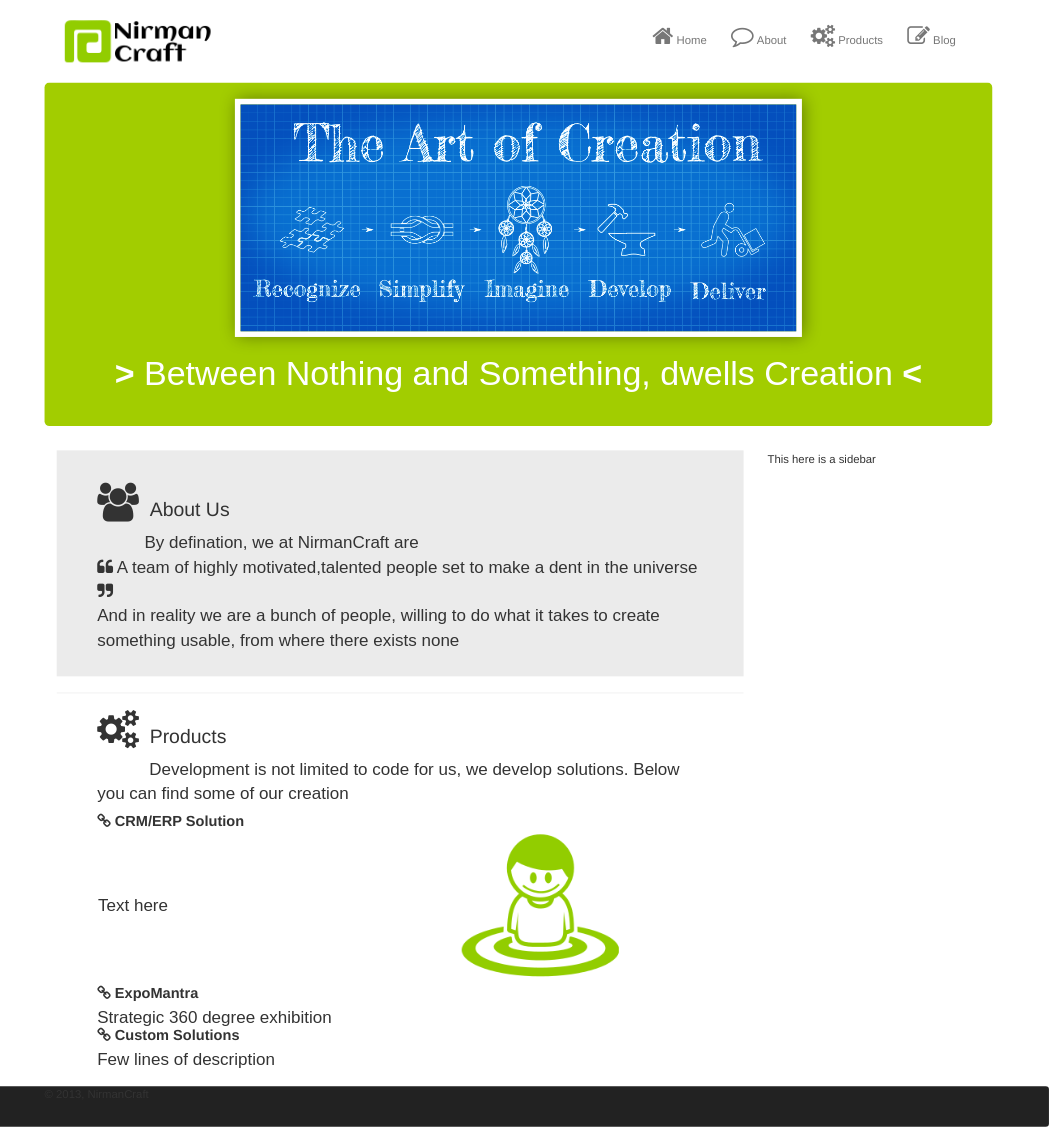
Repository: MeShreyas/NirmanCraftWebsite
Page: NirmanCraft/index.html
These files come from the project's save history. The page is drawn as it stood at one moment and after the next save; the edit follows.
The browser window is 1280 px wide. The page is 1310 px wide, so the pictures cover 1310 px, including what lies to the right of the window. The pictures show the whole page, at 81% of full size.
Some web fonts or font styles are not loaded; a fallback is used.

Above is the page before, as saved 2013-10-08 08:26:09.
Console error: ReferenceError: jQuery is not defined

### NirmanCraft/index.html
<!DOCTYPE html>
<html lang="en">
	<head>
		<meta charset="utf-8">

		<!-- Always force latest IE rendering engine (even in intranet) & Chrome Frame
		Remove this if you use the .htaccess -->
		<meta http-equiv="X-UA-Compatible" content="IE=edge,chrome=1">

		<title>Nirman Craft</title>
		<meta name="description" content="">
		<meta name="author" content="Shreyas">

		<meta name="viewport" content="width=device-width; initial-scale=1.0">

		<!-- Replace favicon.ico & apple-touch-icon.png in the root of your domain and delete these references -->
		<link rel="shortcut icon" href="/favicon.ico">
		<link rel="stylesheet" href="css/bootstrap.min.css">
		<link rel="apple-touch-icon" href="/apple-touch-icon.png">
		<link rel="stylesheet" href="font-awesome/css/font-awesome.min.css"/>
		<style type="text/css">
			.title-text {
				font-family: 'Strait', sans-serif;
				font-size: 2em;
				color: #FFFFFF;
			}

			.header-text {
				font-family: 'Strait', sans-serif;
				font-size: 1.5em;
				color: #333333;
			}
		</style>
	</head>

	<body>
		<div class="row">
			<header class="container navbar" style="background-color: #FFFFFF;margin-bottom:0px">
				<div class="container">
					<div class="navbar-header">
						<a class="navbar-brand" href="../"><img src="images/nclogo.png" width="200px" style="padding:10px"/></a>
					</div>
					<div class="navbar-text pull-right">
						<ul class="nav navbar-nav container" >
							<li>
								<a href="../getting-started"><i class="icon-home icon-2x"></i>&nbsp;Home</a>
							</li>
							<li>
								<a href="../css"><i class="icon-comment-alt icon-2x"></i>&nbsp;About</a>
							</li>
							<li>
								<a href="../components"><i class="icon-cogs icon-2x"></i>&nbsp;Products</a>
							</li>
							<li>
								<a href="../javascript"><i class="icon-edit icon-2x"></i>&nbsp;Blog</a>
							</li>

						</ul>
					</div>
				</div>
			</header>

			<div class="container jumbotron" style="padding:20px 0px;margin-top:0px;background-color: #A2CD00">
				<div class="container title-text">
					<center>
						<img src="images/finalbanner.png" width="700px" style="border:7px solid #FFFFFF;box-shadow: 3px 0px 20px rgba(0,0,0,0.4)"/>
						<br/>
						<strong>>&nbsp;</strong>Between Nothing and Something, dwells Creation<strong>&nbsp;<</strong>
					</center>
				</div>
			</div>
			<div class="row">
				<div class="container">
					<div class="content col-lg-9">
						<div class="header-text" style="padding:20px 50px;background-color: #ebebeb;">
							<h3><i class="icon-group icon-2x"></i>&nbsp;&nbsp;About Us</h3>
							<div>

								<p>
									&nbsp;&nbsp;&nbsp;&nbsp;&nbsp;&nbsp;&nbsp;&nbsp;&nbsp;&nbsp;By defination,
									we at NirmanCraft are
									 <br/><i class="icon-quote-left"></i>
									A team of highly motivated,talented people set to make a dent in the universe
									<i class="icon-quote-right"></i><br/>And in reality we are a bunch
									of people, willing to do what it takes to create something usable, from where there exists none
								</p>
							</div>
						</div>
						<hr/>
						<div class="header-text" style="padding:0 50px">
							<h3><i class="icon-cogs icon-2x"></i>&nbsp;&nbsp;Products</h3>
							<div>
								<p>
									&nbsp;&nbsp;&nbsp;&nbsp;&nbsp;&nbsp;&nbsp;&nbsp;&nbsp;&nbsp;
									Development is not limited to code for us, we develop solutions.
									Below you can find some of our creation
								</p>
								<div>
									<div class="list-group">

											<div>
												<h4 class="list-group-item-heading">
													<i class="icon-link"></i>&nbsp;<strong>CRM/ERP Solution</strong>
												</h4>
												<p class="list-group-item-text">
													<table width="100%">
														<tr>

															<td>Text here</td>
															<td width="40%"><img src="images/customer.png"></td>
														</tr>
													</table>
												</p>
											</div>

											<div>
												<h4 class="list-group-item-heading">
													<i class="icon-link"></i>&nbsp;<strong>ExpoMantra</strong>
												</h4>
												<p class="list-group-item-text">
													Strategic 360 degree exhibition
												</p>
											</div>

											<div>
												<h4 class="list-group-item-heading">
													<i class="icon-link"></i>&nbsp;<strong>Custom Solutions</strong>
												</h4>
												<p class="list-group-item-text">
													Few lines of description
												</p>
											</div>
										</div>
									</div>

							</div>
						</div>

					</div>
					<div class="sidebar col-lg-3">
						This here is a sidebar
					</div>
				</div>
			</div>

		</div>
		<div class="row">
			<div class="navbar navbar-inverse">
				<div class="container">
					<p>
						&copy; 2013, NirmanCraft
					</p>
				</div>
			</div>
		</div>
		<script src="js/bootstrap.min.js" type="text/javascript" charset="utf-8"></script>
		<link href='http://fonts.googleapis.com/css?family=Strait' rel='stylesheet' type='text/css'>
	</body>
</html>

Loaded but not shown: NirmanCraft/css/bootstrap.min.css (library); NirmanCraft/font-awesome/css/font-awesome.min.css (library); NirmanCraft/js/bootstrap.min.js (library)

After the next save:
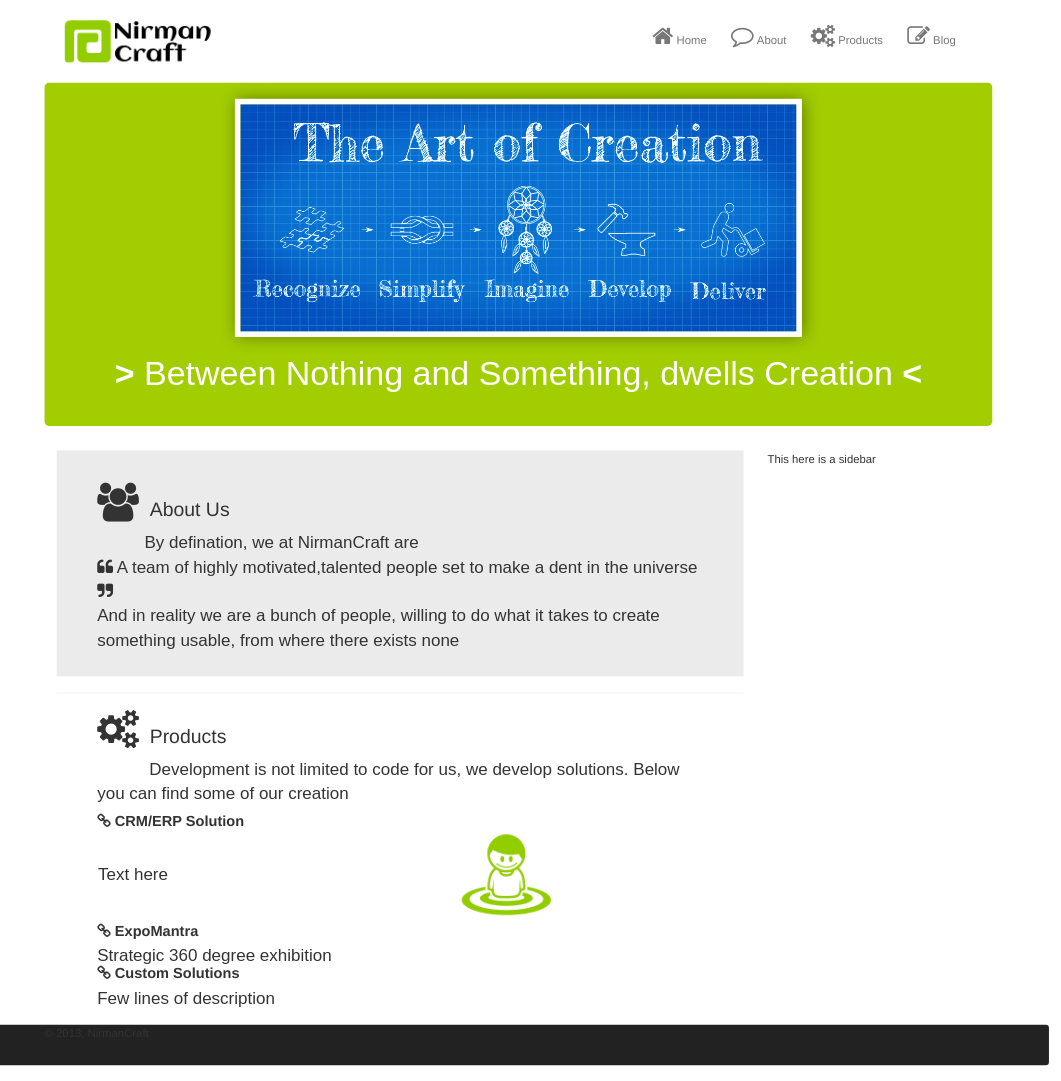
Saved 12 s later.
--- a/NirmanCraft/index.html
+++ b/NirmanCraft/index.html
@@ -107,7 +107,7 @@
 														<tr>
 
 															<td>Text here</td>
-															<td width="40%"><img src="images/customer.png"></td>
+															<td width="40%"><img src="images/customer.png" height="100px"></td>
 														</tr>
 													</table>
 												</p>
